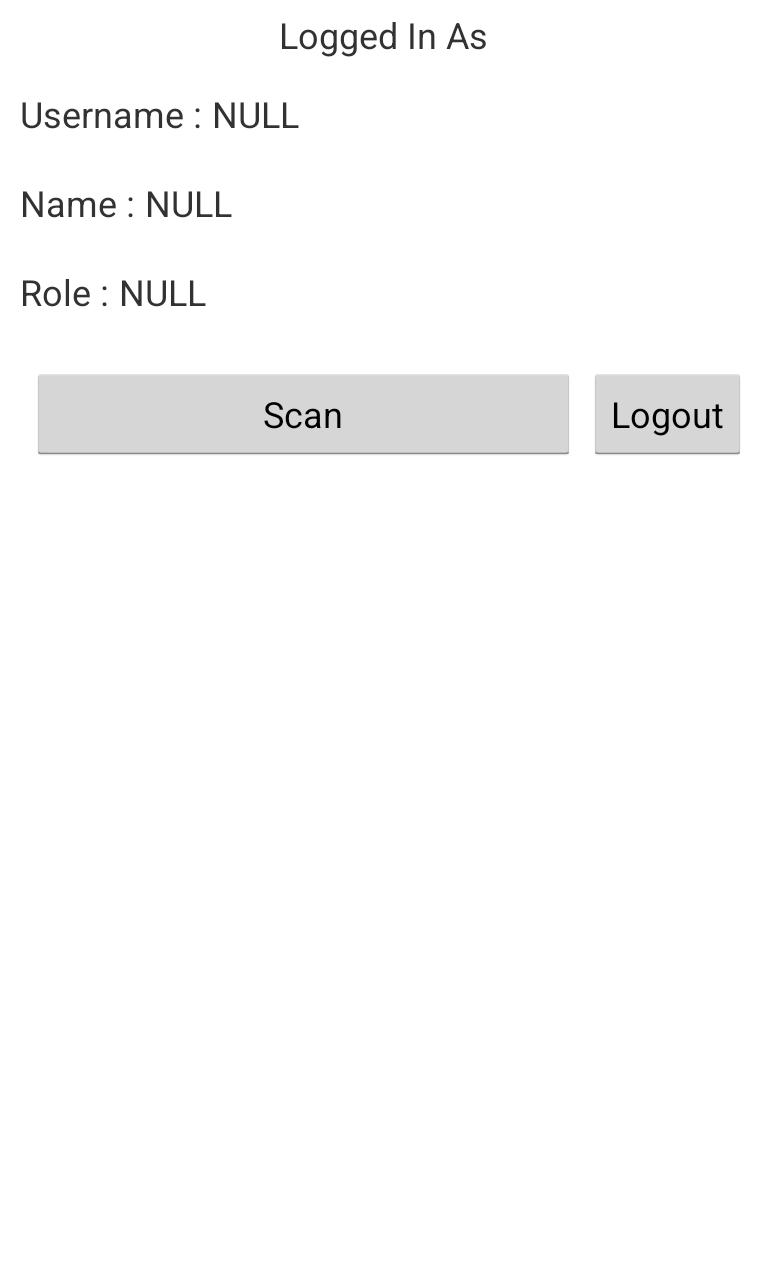
Repository: LennoxAlexion/UID
Layout: Android App/Uid-Project/res/layout/activity_sec_page.xml
An editor plug-in stored every save of this project. The layout is shown before and after the next save, followed by the edit.
It is drawn on a 768 x 1280 px phone screen (xhdpi) without system bars, with theme AppTheme; the app's code is not run.

Above is the layout before, as saved 2015-03-29 06:20:39.

### Android App/Uid-Project/res/layout/activity_sec_page.xml
<?xml version="1.0" encoding="utf-8"?>
<LinearLayout xmlns:android="http://schemas.android.com/apk/res/android"
    android:layout_width="match_parent"
    android:layout_height="match_parent"
    android:orientation="vertical" >

    <TextView
        android:layout_width="wrap_content"
        android:layout_height="wrap_content"
        android:layout_gravity="center_horizontal"
        android:layout_margin="5dp"
        android:gravity="center"
        android:text="Logged In As"
        android:textSize="18dp" />

    <LinearLayout
        android:layout_width="fill_parent"
        android:layout_height="wrap_content"
        android:layout_margin="5dp"
        android:orientation="horizontal"
        android:padding="5dp" >

        <TextView
            android:layout_width="wrap_content"
            android:layout_height="wrap_content"
            android:text="Username :"
            android:textSize="18dp" />

        <TextView
            android:id="@+id/TextView_Username"
            android:layout_width="wrap_content"
            android:layout_height="wrap_content"
            android:layout_marginLeft="5dp"
            android:text="NULL"
            android:textSize="18dp" />
    </LinearLayout>

    <LinearLayout
        android:layout_width="fill_parent"
        android:layout_height="wrap_content"
        android:layout_margin="5dp"
        android:orientation="horizontal"
        android:padding="5dp" >

        <TextView
            android:layout_width="wrap_content"
            android:layout_height="wrap_content"
            android:text="Name :"
            android:textSize="18dp" />

        <TextView
            android:id="@+id/TextView_Name"
            android:layout_width="wrap_content"
            android:layout_height="wrap_content"
            android:layout_marginLeft="5dp"
            android:text="NULL"
            android:textSize="18dp" />
    </LinearLayout>

    <LinearLayout
        android:layout_width="fill_parent"
        android:layout_height="wrap_content"
        android:layout_margin="5dp"
        android:orientation="horizontal"
        android:padding="5dp" >

        <TextView
            android:layout_width="wrap_content"
            android:layout_height="wrap_content"
            android:text="Role :"
            android:textSize="18dp" />

        <TextView
            android:id="@+id/TextView_Role"
            android:layout_width="wrap_content"
            android:layout_height="wrap_content"
            android:layout_marginLeft="5dp"
            android:text="NULL"
            android:textSize="18dp" />
    </LinearLayout>

    <LinearLayout
        android:layout_width="fill_parent"
        android:layout_height="wrap_content"
        android:layout_gravity="center_horizontal"
        android:layout_margin="5dp"
        android:gravity="center"
        android:orientation="horizontal"
        android:padding="5dp" >

        <Button
            android:id="@+id/Button_Sec_Page_Scan"
            android:layout_width="wrap_content"
            android:layout_height="wrap_content"
            android:layout_margin="5dp"
            android:layout_weight="0.30"
            android:text="Scan" />

        <Button
            android:id="@+id/Button_Logout"
            android:layout_width="wrap_content"
            android:layout_height="wrap_content"
            android:text="Logout" />
    </LinearLayout>

</LinearLayout>

Loaded but not shown: Android App/Uid-Project/res/values/styles.xml (common file); Android App/Uid-Project/res/values-v11/styles.xml (common file); Android App/Uid-Project/res/values-v14/styles.xml (common file); Android App/Uid-Project/res/values-v21/styles.xml (common file)

After the next save:
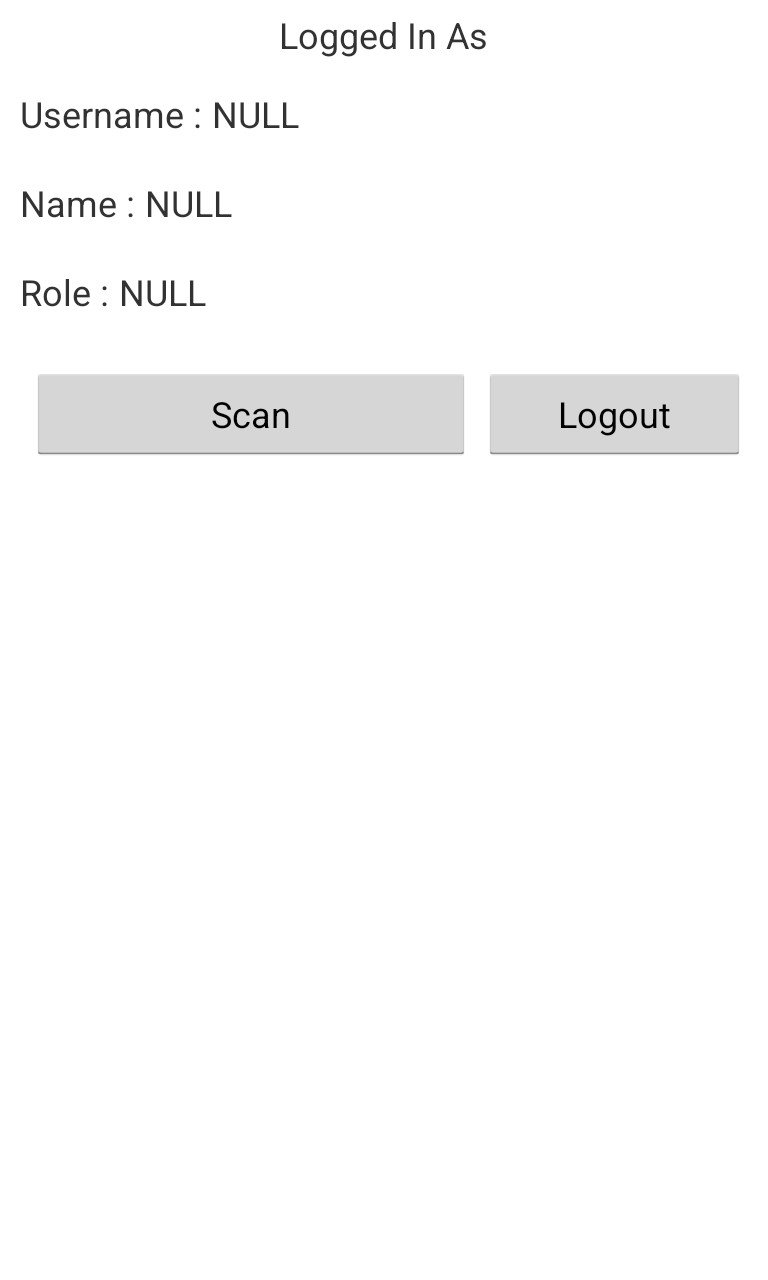
Saved 22 s later.
--- a/Android App/Uid-Project/res/layout/activity_sec_page.xml
+++ b/Android App/Uid-Project/res/layout/activity_sec_page.xml
@@ -93,14 +93,16 @@
             android:layout_width="wrap_content"
             android:layout_height="wrap_content"
             android:layout_margin="5dp"
-            android:layout_weight="0.30"
+            android:layout_weight="0.18"
             android:text="Scan" />
 
         <Button
             android:id="@+id/Button_Logout"
             android:layout_width="wrap_content"
             android:layout_height="wrap_content"
+            android:layout_weight="0.06"
             android:text="Logout" />
+
     </LinearLayout>
 
 </LinearLayout>
